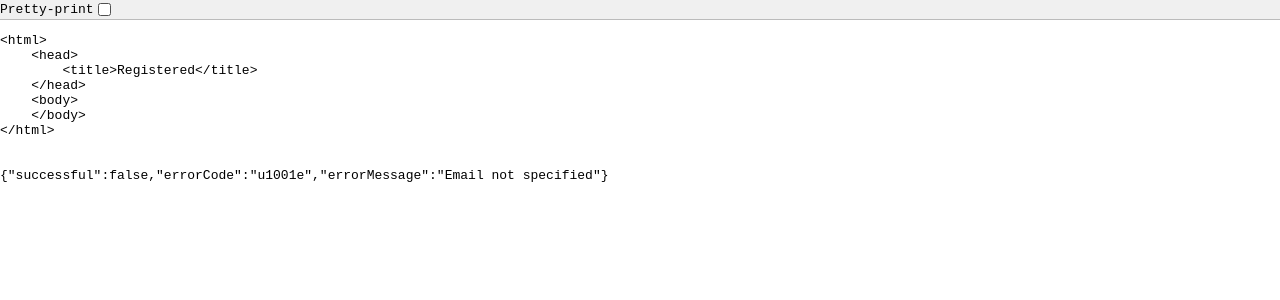
Repository: mihaisitaru/bazar
Page: http://localhost/php/work3/api/user/newsletterRegister.php
The author's editor kept a record of every edit. The page is drawn from the files as they stood at one moment, then again after the next edit.
The browser window is 1280 px wide. The pictures show the whole page.
The page is run by PHP 8.4 with error messages shown; the project is at /var/www/html/.

Above is the page before.

### php/work3/api/user/newsletterRegister.php
<html>
    <head>
        <title>Registered</title>
    </head>
    <body>
    </body>
</html>

<?php

require_once(__DIR__.'/../../config/general.php');
require_once(__DIR__.'/../../'._LIB_FOLDER.'/userLib.php');
require_once(__DIR__.'/../../'._LIB_FOLDER.'/outputHelper.php');

returnHeader();

if(empty($_POST['email'])) {
    return throwJSONError(_ERROR_EMAIL_NOT_SPECIFIED_CODE, _ERROR_EMAIL_NOT_SPECIFIED_MSG);
}

$userCode = $row['id'];

if(newsletterRegister($_POST['email'] === true)) {
    echoJSONOutput($_SESSION['email']);
}
else {
    throwJSONError(_ERROR_EMAIL_NOT_CORRECT_CODE, _ERROR_EMAIL_NOT_CORRECT_MSG);
}

### php/work3/config/general.php
<?php
session_start();
require_once(__DIR__.'/constants.php');
?>

<?php
require_once(__DIR__.'/../'._LIB_FOLDER.'/databaseHelper.php');
databaseConnect();

### php/work3/config/constants.php
<?php
/*
*                                         $$\                          $$\                             $$\
*                                          $$ |                         $$ |                            $$ |
* $$$$$$$\  $$$$$$\  $$$$$$$\   $$$$$$$\ $$$$$$\    $$$$$$\  $$$$$$$\ $$$$$$\    $$$$$$$\      $$$$$$\  $$$$$$$\   $$$$$$\
*$$  _____|$$  __$$\ $$  __$$\ $$  _____|\_$$  _|   \____$$\ $$  __$$\\_$$  _|  $$  _____|    $$  __$$\ $$  __$$\ $$  __$$\
*$$ /      $$ /  $$ |$$ |  $$ |\$$$$$$\    $$ |     $$$$$$$ |$$ |  $$ | $$ |    \$$$$$$\      $$ /  $$ |$$ |  $$ |$$ /  $$ |
*$$ |      $$ |  $$ |$$ |  $$ | \____$$\   $$ |$$\ $$  __$$ |$$ |  $$ | $$ |$$\  \____$$\     $$ |  $$ |$$ |  $$ |$$ |  $$ |
*\$$$$$$$\ \$$$$$$  |$$ |  $$ |$$$$$$$  |  \$$$$  |\$$$$$$$ |$$ |  $$ | \$$$$  |$$$$$$$  |$$\ $$$$$$$  |$$ |  $$ |$$$$$$$  |
* \_______| \______/ \__|  \__|\_______/    \____/  \_______|\__|  \__|  \____/ \_______/ \__|$$  ____/ \__|  \__|$$  ____/
*                                                                                            $$ |                $$ |
*                                                                                             $$ |                $$ |
*                                                                                             \__|                \__|
*/
 //constants for navigating folders
 define("_LIB_FOLDER", "lib");
 define("_API_FOLDER", "api");
 //db details
 define("_DB_HOST", "127.0.0.1");
 define("_DB_USER", "mihaisitaru");
 define("_DB_PASSWORD", "");
 define("_DB_NAME", "bazar_shop_online");
 define("_DB_PORT", "3306");
 //constants for errors
 /**************************************************************************************************************************/
 #connection
 define("_ERROR_DB_CONNECTION_CODE", "db1000");
 define("_ERROR_DB_CONNECTION_MSG", "Can't connect to the specified Database with the specified IP.");
 #user
 define("_ERROR_EMAIL_OR_PASSWORD_NOT_SPECIFIED_CODE", "u1001");
 define("_ERROR_EMAIL_OR_PASSWORD_NOT_SPECIFIED_MSG", "Email or password not specified");
 define("_ERROR_EMAIL_NOT_SPECIFIED_CODE", "u1001e");
 define("_ERROR_EMAIL_NOT_SPECIFIED_MSG", "Email not specified");
 define("_ERROR_EMAIL_OR_PASSWORD_NOT_CORRECT_CODE", "u1002");
 define("_ERROR_EMAIL_OR_PASSWORD_NOT_CORRECT_MSG", "Email or password is not correct");
 define("_ERROR_EMAIL_NOT_CORRECT_CODE", "u1002e");
 define("_ERROR_EMAIL_NOT_CORRECT_MSG", "Email is not correct");
 define("_ERROR_USER_NOT_LOGGED_IN_CODE", "u1003");
 define("_ERROR_USER_NOT_LOGGED_IN_MSG", "You are not logged in. Please authenticate first in order to get access to this functionality.");
 define("_ERROR_REQUIRED_STAR_FIELD_CODE", "u1004");
 define("_ERROR_REQUIRED_STAR_FIELD_MSG", "*");
 define("_ERROR_REQUIRED_FIELD_CODE", "u1005");
 define("_ERROR_REQUIRED_FIELD_MSG", "*required field");
 define("_ERROR_USER_MUST_LOGIN_FIRST_CODE", "u1006");
 define("_ERROR_USER_MUST_LOGIN_FIRST_MSG", "You are not logged in. Please login first in order to be able to logout.");
 define("_ERROR_USER_NOT_RECOGNIZED_CODE", "u1007");
 define("_ERROR_USER_NOT_RECOGNIZED_MSG", "There is no account with this email. Do you want to create one?");
 define("_ERROR_DETAILS_NOT_SPECIFIED_CODE", "u1008");
 define("_ERROR_DETAILS_NOT_SPECIFIED_MSG", "All fields are required. Please add values to them.");
 define("_ERROR_EMAIL_ALREADY_EXISTS_CODE", "u1009");
 define("_ERROR_EMAIL_ALREADY_EXISTS_MSG", "An account with this email address already exists. Please choose another one.");
 define("_ERROR_PASSWORDS_DO_NOT_MATCH_CODE", "u1010");
 define("_ERROR_PASSWORDS_DO_NOT_MATCH_MSG", "Inserted passwords do not match. Please try again.");
 define("_ERROR_DETAILS_NOT_UPDATED_CODE", "u1011");
 define("_ERROR_DETAILS_NOT_UPDATED_MSG", "We could't update your info. Please try again.");
 define("_ERROR_ACCOUNT_NOT_CREATED_CODE", "u1012");
 define("_ERROR_ACCOUNT_NOT_CREATED_MSG", "Account not created. Please try again.");
 #category
 define("_ERROR_CATEGORY_NAME_OR_STATUS_NOT_SPECIFIED_CODE", "ca1000");
 define("_ERROR_CATEGORY_NAME_OR_STATUS_NOT_SPECIFIED_MSG", "Category name or status not specified.");
 define("_ERROR_CATEGORY_NOT_CREATED_CODE", "ca1001");
 define("_ERROR_CATEGORY_NOT_CREATED_MSG", "Category not created.");
 define("_ERROR_CATEGORY_NOT_FOUND_CODE", "ca1002");
 define("_ERROR_CATEGORY_NOT_FOUND_MSG", "Category not found.");
 define("_ERROR_CATEGORY_NOT_DELETED_CODE", "ca1003");
 define("_ERROR_CATEGORY_NOT_DELETED_MSG", "Category not deleted.");
 define("_ERROR_CATEGORY_NOT_UPDATED_CODE", "ca1004");
 define("_ERROR_CATEGORY_NOT_UPDATED_MSG", "Category not updated.");
 define("_ERROR_NO_CATEGORY_WAS_FOUND_CODE", "ca1005");
 define("_ERROR_NO_CATEGORY_WAS_FOUND_MSG", "No category was found.");
 define("_ERROR_CATEGORY_ID_NAME_OR_STATUS_NOT_SPECIFIED_CODE", "ca1006");
 define("_ERROR_CATEGORY_ID_NAME_OR_STATUS_NOT_SPECIFIED_MSG", "Category id, name or status not specified.");
 define("_ERROR_CATEGORY_NOT_SPECIFIED_CODE", "ca1007");
 define("_ERROR_CATEGORY_NOT_SPECIFIED_MSG", "Category not specified.");
 #product
 define("_ERROR_PRODUCT_DETAILS_NOT_SPECIFIED_CODE", "p1000");
 define("_ERROR_PRODUCT_DETAILS_NOT_SPECIFIED_MSG", "Product details not specified.");
 define("_ERROR_PRODUCT_NOT_CREATED_CODE", "p1001");
 define("_ERROR_PRODUCT_NOT_CREATED_MSG", "Product not added.");
 define("_ERROR_PRODUCT_NOT_FOUND_CODE", "p1002");
 define("_ERROR_PRODUCT_NOT_FOUND_MSG", "Product not found.");
 define("_ERROR_NO_PRODUCT_WAS_FOUND_CODE", "p1003");
 define("_ERROR_NO_PRODUCT_WAS_FOUND_MSG", "No product was found.");
 define("_ERROR_PRODUCT_NOT_DELETED_CODE", "p1004");
 define("_ERROR_PRODUCT_NOT_DELETED_MSG", "Product not deleted.");
 define("_ERROR_PRODUCT_NOT_UPDATED_CODE", "p1005");
 define("_ERROR_PRODUCT_NOT_UPDATED_MSG", "Product not updated.");
 define("_ERROR_IMAGE_NOT_SELECTED_CODE", "p1006");
 define("_ERROR_IMAGE_NOT_SELECTED_MSG", "Image not selected.");
 define("_ERROR_IMAGE_NOT_UPLOADED_CODE", "p1007");
 define("_ERROR_IMAGE_NOT_UPLOADED_MSG", "Image not uploaded.");
 define("_ERROR_IMAGE_NOT_SPECIFIED_CODE", "p1008");
 define("_ERROR_IMAGE_NOT_SPECIFIED_MSG", "Image not specified.");
 define("_ERROR_IMAGE_NOT_DELETED_CODE", "p1009");
 define("_ERROR_IMAGE_NOT_DELETED_MSG", "Image not deleted.");
 define("_ERROR_PRODUCTS_NOT_DEFINED_CODE", "p1010");
 define("_ERROR_PRODUCTS_NOT_DEFINED_MSG", "Products not defined.");
 define("_ERROR_NO_PRODUCT_IN_SPECIFIED_CATEGORY_FOUND_CODE", "p1011");
 define("_ERROR_NO_PRODUCT_IN_SPECIFIED_CATEGORY_FOUND_MSG", "No product in specified category found.");
 define("_ERROR_PRODUCT_OR_CATEGORY_NOT_FOUND_CODE", "p1012");
 define("_ERROR_PRODUCT_OR_CATEGORY_NOT_FOUND_MSG", "Product or category not found.");
 define("_ERROR_PRODUCT_IMAGE_NOT_FOUND_CODE", "p1013");
 define("_ERROR_PRODUCT_IMAGE_NOT_FOUND_MSG", "Product image not found.");
 define("_ERROR_NO_IMAGE_FOUND_CODE", "p1014");
 define("_ERROR_NO_IMAGE_FOUND_MSG", "No image found.");
 define("_ERROR_NO_HOTDEAL_WAS_FOUND_CODE", "p1015");
 define("_ERROR_NO_HOTDEAL_WAS_FOUND_MSG", "No product was found.");
 define("_ERROR_NO_DATA_WAS_FOUND_CODE", "p1016");
 define("_ERROR_NO_DATA_WAS_FOUND_MSG", "No data was found.");
 define("_ERROR_NO_CUSTOMER_SUPPORT_WAS_FOUND_CODE", "p1017");
 define("_ERROR_NO_CUSTOMER_SUPPORT_WAS_FOUND_MSG", "No customer support data was found.");
 #order
 define("_ERROR_ORDER_NOT_SPECIFIED_CODE", "o1000");
 define("_ERROR_ORDER_NOT_SPECIFIED_MSG", "Order not specified.");
 define("_ERROR_ORDER_NOT_FOUND_CODE", "o1001");
 define("_ERROR_ORDER_NOT_FOUND_MSG", "Order not found.");
 define("_ERROR_CART_IS_EMPTY_CODE", "o1002");
 define("_ERROR_CART_IS_EMPTY_MSG", "Cart is empty.");
 define("_ERROR_ORDER_NOT_PROCESSED_CODE", "o1003");
 define("_ERROR_ORDER_NOT_PROCESSED_MSG", "Order not processed.");
 define("_ERROR_CART_NOT_EMPTIED_OUT_CODE", "o1004");
 define("_ERROR_CART_NOT_EMPTIED_OUT_MSG", "Cart not emptied out.");
 #currency
 define("_ERROR_CURRENCY_NAME_CODE_OR_STATUS_NOT_SPECIFIED_CODE", "cu1000");
 define("_ERROR_CURRENCY_NAME_CODE_OR_STATUS_NOT_SPECIFIED_MSG", "Currency name, code or status not specified.");
 define("_ERROR_CURRENCY_NOT_CREATED_CODE", "cu1001");
 define("_ERROR_CURRENCY_NOT_CREATED_MSG", "Currency not created.");
 define("_ERROR_CURRENCY_NOT_FOUND_CODE", "cu1002");
 define("_ERROR_CURRENCY_NOT_FOUND_MSG", "Currency not found.");
 define("_ERROR_CURRENCY_NOT_DELETED_CODE", "cu1003");
 define("_ERROR_CURRENCY_NOT_DELETED_MSG", "Currency not deleted.");
 define("_ERROR_CURRENCY_NOT_UPDATED_CODE", "cu1004");
 define("_ERROR_CURRENCY_NOT_UPDATED_MSG", "Currency not updated.");
 define("_ERROR_NO_CURRENCY_WAS_FOUND_CODE", "cu1005");
 define("_ERROR_NO_CURRENCY_WAS_FOUND_MSG", "No currency was found.");
 define("_ERROR_CURRENCY_CODE_OR_STATUS_NOT_SPECIFIED_CODE", "cu1006");
 define("_ERROR_CURRENCY_CODE_OR_STATUS_NOT_SPECIFIED_MSG", "Currency code or status not specified.");
 define("_ERROR_CURRENCY_CODE_NAME_OR_STATUS_NOT_SPECIFIED_CODE", "cu1007");
 define("_ERROR_CURRENCY_CODE_NAME_OR_STATUS_NOT_SPECIFIED_MSG", "Currency code, name or status not specified.");

### php/work3/lib/databaseHelper.php
<?php
require_once('outputHelper.php');

function databaseConnect() {
    global $db;
    $db = mysqli_connect(_DB_HOST, _DB_USER, _DB_PASSWORD, _DB_NAME, _DB_PORT);

    if (mysqli_connect_error()) {
        throwJSONError(_ERROR_DB_CONNECTION_CODE, _ERROR_DB_CONNECTION_MSG);
        exit();
    }
    else {
        mysqli_set_charset($db, 'utf8');
    }
}

### php/work3/lib/outputHelper.php
<?php

function returnHeader() {
    header('Content-Type: application/json');
}

function throwJSONError($errorCode, $errorMessage) {
    $result = array(
        "successful" => false,
        "errorCode" => $errorCode,
        "errorMessage" => $errorMessage
    );
    $encodedJSON = json_encode($result);
    http_response_code(400);
    echo $encodedJSON;
    exit();
}

function echoJSONOutput($out = array()) {
    $newOut = array("successful" => true);

    if (is_array($out) AND count($out) > 0) {
        $newOut['details'] = $out;
    }
    http_response_code(200);
    echo json_encode($newOut);
    exit();
}

### php/work3/lib/userLib.php
<?php

require_once(__DIR__.'/../config/general.php');

function loginUser($email, $password) {
    global $db;

    $stmt = mysqli_stmt_init($db);

    mysqli_stmt_prepare($stmt, 'SELECT userId FROM `users` WHERE email=? AND password=? AND active=1 limit 0,1');

    /* bind parameters for markers */
    mysqli_stmt_bind_param($stmt, "ss", strtolower($email), sha1($password));

    /* execute query */
    mysqli_stmt_execute($stmt);

    $result = mysqli_stmt_get_result($stmt);

    if($row = mysqli_fetch_assoc($result)) {

        $userDetails = returnUserDetails($row['userId']);

        if($userDetails !== false) {
            $_SESSION['user'] = $userDetails;
            return true;
        }
    }
    return false;
}

function newsletterRegister($email) {
	global $db;

    $stmt = mysqli_stmt_init($db);

    $register = 'INSERT INTO `newsletterEmails` (`email`) VALUES (?)';

    mysqli_stmt_prepare($stmt, $email);

    mysqli_stmt_bind_param($stmt, "s", strtolower($email));

    if(mysqli_stmt_execute($stmt)) {
        return true;
    }
    else return false;
}

function checkIfUserIsLoggedIn() {
    if(isset($_SESSION['user']) AND !is_null($_SESSION['user'])) {
        return true;
    }
    else {
        return false;
    }
}


function returnUserDetails($userId) {
    global $db;

    $stmt = mysqli_stmt_init($db);

    mysqli_stmt_prepare($stmt, 'SELECT * FROM `users` WHERE userId=? limit 0,1');

    /* bind parameters for markers */
    mysqli_stmt_bind_param($stmt, "i", $userId);

    /* execute query */
    mysqli_stmt_execute($stmt);

    $result = mysqli_stmt_get_result($stmt);

    if($row = mysqli_fetch_assoc($result)) {
        return $row;
    }
    return false;
}

function logoutUser() {
    if(checkIfUserIsLoggedIn() === true) {
        unset($_SESSION['user']);
        return true;
    }
    else {
        return false;
    }
}

function addUser($email, $password, $fullName, $address, $active) {
	global $db;

    $stmt = mysqli_stmt_init($db);

    $newUser = "INSERT into `users` (email, password, fullName, address, active) VALUES (?, ?, ?, ?, ?)";

    mysqli_stmt_prepare($stmt, $newUser);

    /* bind parameters for markers */
    mysqli_stmt_bind_param($stmt, "ssssi", strtolower($email), sha1($password), ucwords($fullName), $address, $active);

    /* execute query */
    if(mysqli_stmt_execute($stmt)) {
        return true;
        }
    else return false;
}

function updateUser($userId, $email, $password, $fullName, $address, $active) {
	global $db;

    $stmt = mysqli_stmt_init($db);

    $updateUser = "UPDATE `users` SET email = ?, password = ?, fullName = ?, address = ?, active = ? WHERE userId=?";

    mysqli_stmt_prepare($stmt, $updateUser);

    /* bind parameters for markers */
    mysqli_stmt_bind_param($stmt, "ssssii", strtolower($email), sha1($password), ucwords($fullName), $address, $active, $userId);

    /* execute query */
    if(mysqli_stmt_execute($stmt)) {
        return true;
        }
    else return false;
}

function deleteUser($userId) {
	global $db;

    $stmt = mysqli_stmt_init($db);

    $query = "DELETE FROM `users` WHERE userId=?";

    mysqli_stmt_prepare($stmt, $query);

    /* bind parameters for markers */
    mysqli_stmt_bind_param($stmt, "i", $userId);

    /* execute query */
    if(mysqli_stmt_execute($stmt)) {
        return true;
        }
    else return false;
}

function checkEmailExist($email, $userId=0) {
    global $db;

    $stmt = mysqli_stmt_init($db);

    mysqli_stmt_prepare($stmt, 'SELECT userId FROM `users` WHERE email=? AND userId <> ? limit 0,1');

    /* bind parameters for markers */
    mysqli_stmt_bind_param($stmt, "si", strtolower($email), $userId);

    /* execute query */
    mysqli_stmt_execute($stmt);

    $result = mysqli_stmt_get_result($stmt);

    if($row = mysqli_fetch_assoc($result)) {

        return true;
    }
    return false;
}

After the next edit:
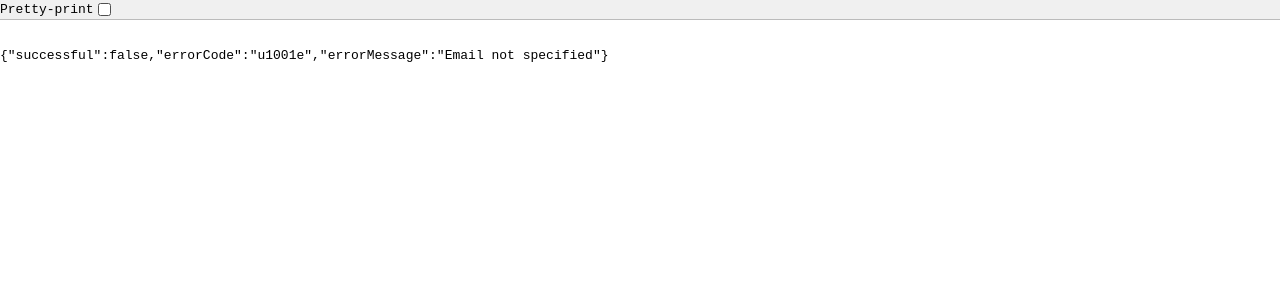
The edit:
--- a/php/work3/api/user/newsletterRegister.php
+++ b/php/work3/api/user/newsletterRegister.php
@@ -1,11 +1,3 @@
-<html>
-    <head>
-        <title>Registered</title>
-    </head>
-    <body>
-    </body>
-</html>
-
 <?php
 
 require_once(__DIR__.'/../../config/general.php');
